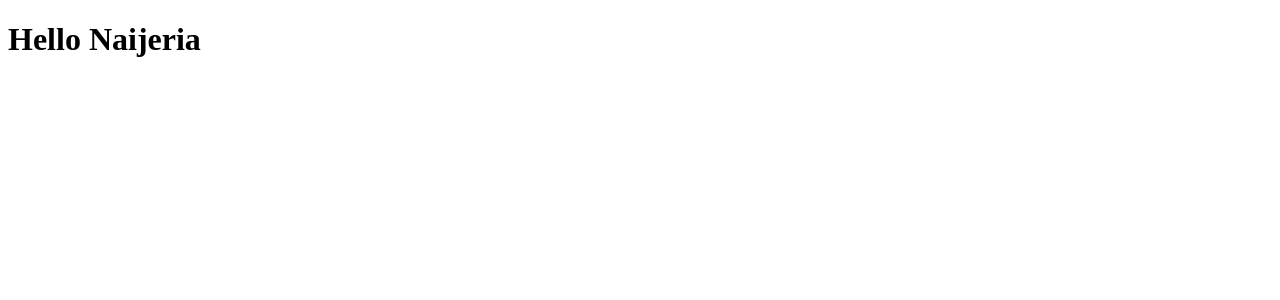
Repository: nashthecoder/vuebasics
Page: watchers.html
These files come from the project's save history. The page is drawn as it stood at one moment and after the next save; the edit follows.
The browser window is 1280 px wide. The pictures show the whole page.

Above is the page before, as saved 2021-01-05 22:01:45.

After the next save:
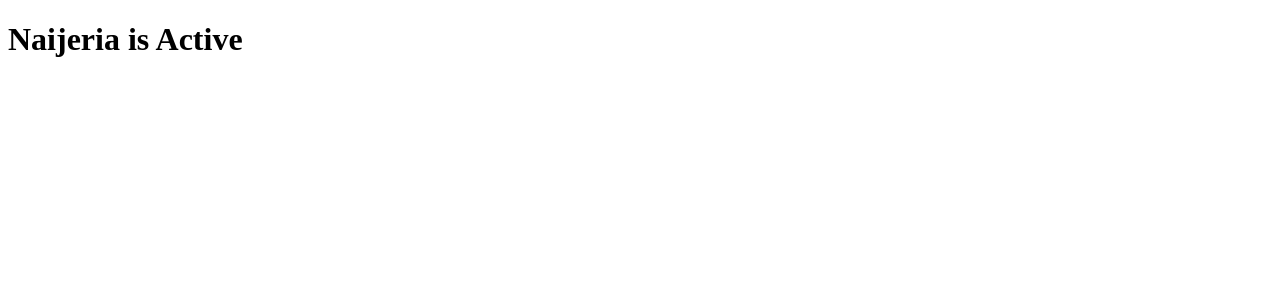
Saved 117 s later.
--- a/watchers.html
+++ b/watchers.html
@@ -5,7 +5,7 @@
 <div id="app">
 
 
-  <h1>{{ message }}</h1>
+  <h1>Naijeria {{ isActive === 'active' ? 'is Active' : 'not active' }}</h1>
 
 
 </div>
@@ -20,8 +20,7 @@
     el: '#app',
     data: {
 
-      message: 'Hello Naijeria',
-
+      isActive: 'active'
     }
 
   })
